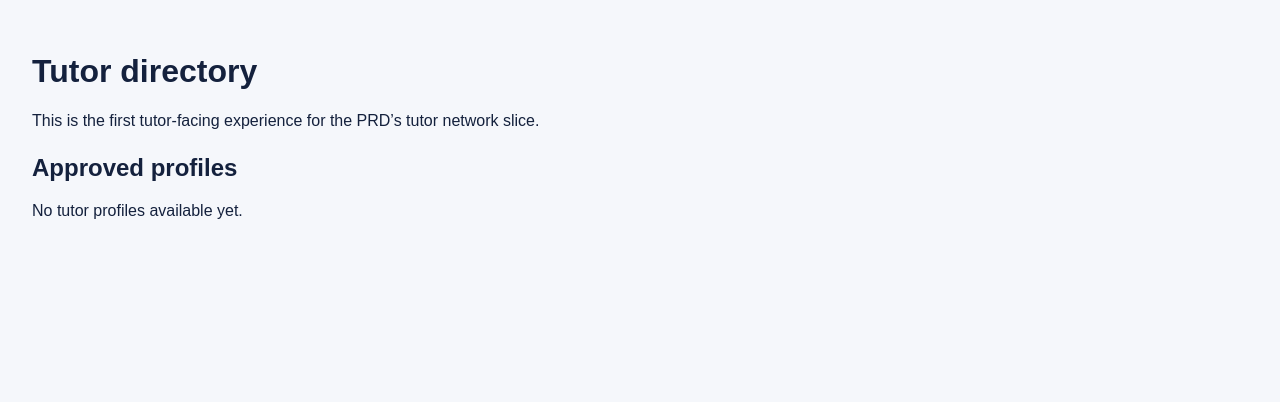
Repository: Teamthy/ykay-virtual
Page: /tutors (app in apps/web/)
The author's editor kept a copy of each file at every save. The page is drawn from the files as they stood at one save, then again after the next save.
The browser window is 1280 px wide. The pictures show the whole page.
The page's requests for data from a server got no answer. The project was rebuilt for these pictures with package versions that can differ from the ones it lists, and the page was loaded fresh each time. The framework's server and built-in components were replaced by stand-ins that run in the browser. No one was signed in, and anything a server would have sent is missing. Also part of the build but not shown: apps/web/next.config.js.

Above is the page before, as saved 2026-08-11 00:10:52.

After the next save:
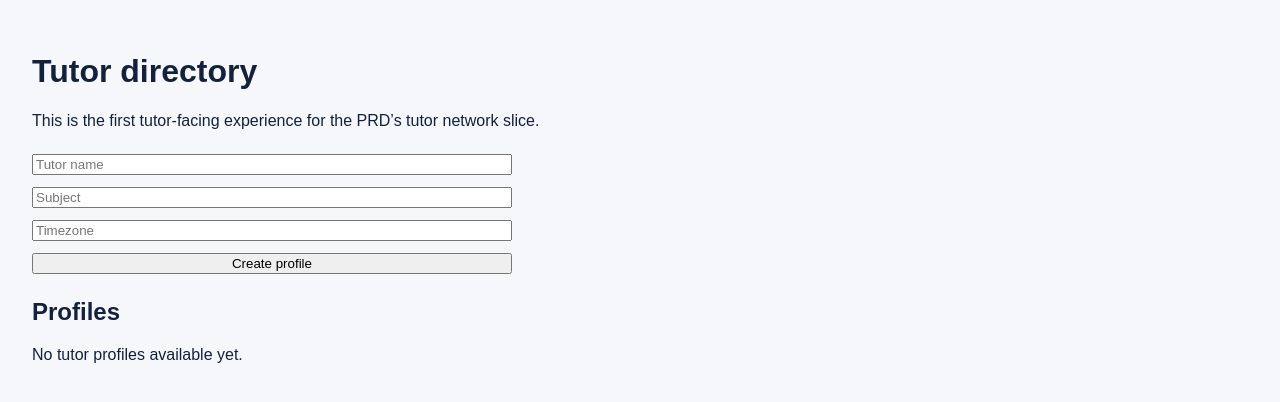
Saved 109 s later.
--- a/apps/web/app/tutors/page.tsx
+++ b/apps/web/app/tutors/page.tsx
@@ -1,6 +1,6 @@
 "use client";
 
-import { useEffect, useState } from 'react';
+import { FormEvent, useEffect, useState } from 'react';
 
 type TutorProfile = {
     id: string;
@@ -12,26 +12,53 @@ type TutorProfile = {
 
 export default function TutorsPage() {
     const [profiles, setProfiles] = useState<TutorProfile[]>([]);
+    const [name, setName] = useState('');
+    const [subject, setSubject] = useState('');
+    const [timezone, setTimezone] = useState('');
+
+    async function loadProfiles() {
+        const response = await fetch('http://localhost:8080/api/v1/tutors');
+        if (!response.ok) {
+            return;
+        }
+        const data = await response.json();
+        setProfiles(data.profiles ?? []);
+    }
 
     useEffect(() => {
-        async function loadProfiles() {
-            const response = await fetch('http://localhost:8080/api/v1/tutors');
-            if (!response.ok) {
-                return;
-            }
-            const data = await response.json();
-            setProfiles(data.profiles ?? []);
-        }
-
         loadProfiles();
     }, []);
+
+    async function handleSubmit(event: FormEvent<HTMLFormElement>) {
+        event.preventDefault();
+        const response = await fetch('http://localhost:8080/api/v1/tutors', {
+            method: 'POST',
+            headers: { 'Content-Type': 'application/json' },
+            body: JSON.stringify({ name, subject, timezone }),
+        });
+
+        if (response.ok) {
+            setName('');
+            setSubject('');
+            setTimezone('');
+            await loadProfiles();
+        }
+    }
 
     return (
         <main style={{ padding: '2rem', fontFamily: 'sans-serif', maxWidth: 840 }}>
             <h1>Tutor directory</h1>
             <p>This is the first tutor-facing experience for the PRD’s tutor network slice.</p>
+
+            <form onSubmit={handleSubmit} style={{ display: 'grid', gap: '0.75rem', marginTop: '1.5rem', maxWidth: 480 }}>
+                <input value={name} onChange={(event) => setName(event.target.value)} placeholder="Tutor name" required />
+                <input value={subject} onChange={(event) => setSubject(event.target.value)} placeholder="Subject" required />
+                <input value={timezone} onChange={(event) => setTimezone(event.target.value)} placeholder="Timezone" />
+                <button type="submit">Create profile</button>
+            </form>
+
             <section style={{ marginTop: '1.5rem' }}>
-                <h2>Approved profiles</h2>
+                <h2>Profiles</h2>
                 {profiles.length === 0 ? (
                     <p>No tutor profiles available yet.</p>
                 ) : (
